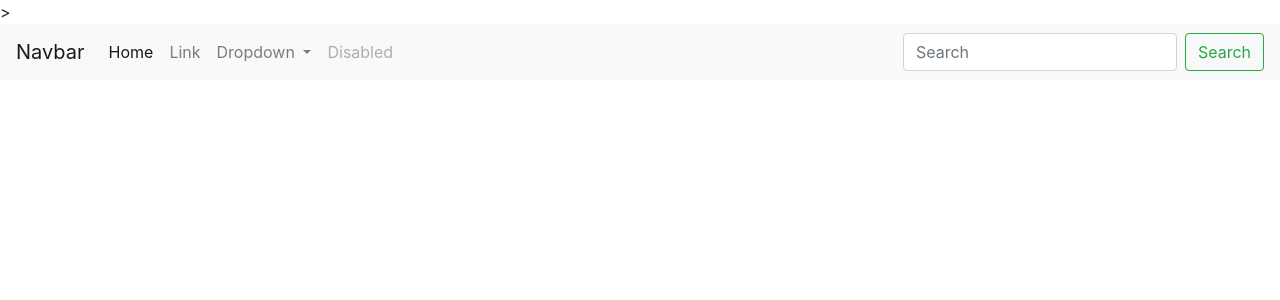
Repository: evanpalmer002/WEBD6201-W2021-Week2A
Page: week2a/index.html
These files come from the project's save history. The page is drawn as it stood at one moment and after the next save; the edit follows.
The browser window is 1280 px wide. The pictures show the whole page.

Above is the page before, as saved 2021-01-19 09:14:56.
Not found: week2a/Content/app,ss
Not found: week2a/Content/app.ss

After the next save:
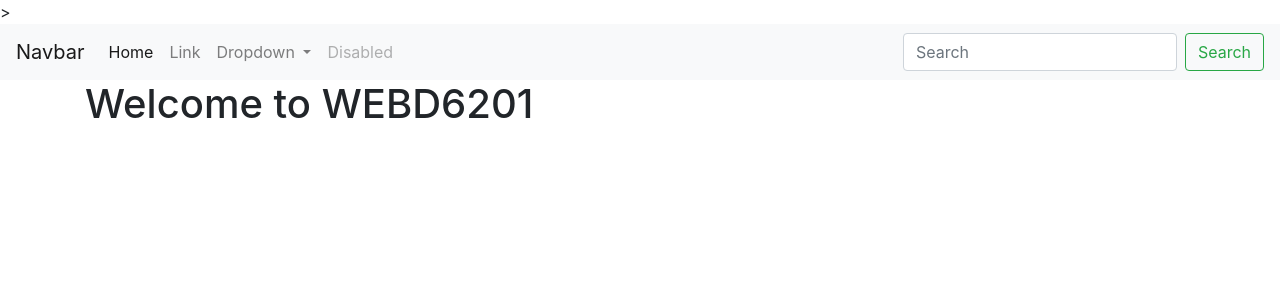
Saved 83 s later.
--- a/week2a/index.html
+++ b/week2a/index.html
@@ -6,7 +6,7 @@
     <title>WEBD6201 - ICE 1</title>>
     <link rel ="stylesheet" href="./Content/app.ss">
     <link rel="stylesheet" href="https://maxcdn.bootstrapcdn.com/bootstrap/4.0.0/css/bootstrap.min.css" integrity="sha384-Gn5384xqQ1aoWXA+058RXPxPg6fy4IWvTNh0E263XmFcJlSAwiGgFAW/dAiS6JXm" crossorigin="anonymous">
-    <link rel="stylesheet" href="./Content/app,ss"
+    <link rel="stylesheet" href="./Content/app,ss">
 </head>
 <body>
     <header>
@@ -48,7 +48,9 @@
           </nav>
     </header>
 
-
+    <main class="container">
+        <h1>Welcome to WEBD6201</h1>
+    </main>
 
 
 </body>
